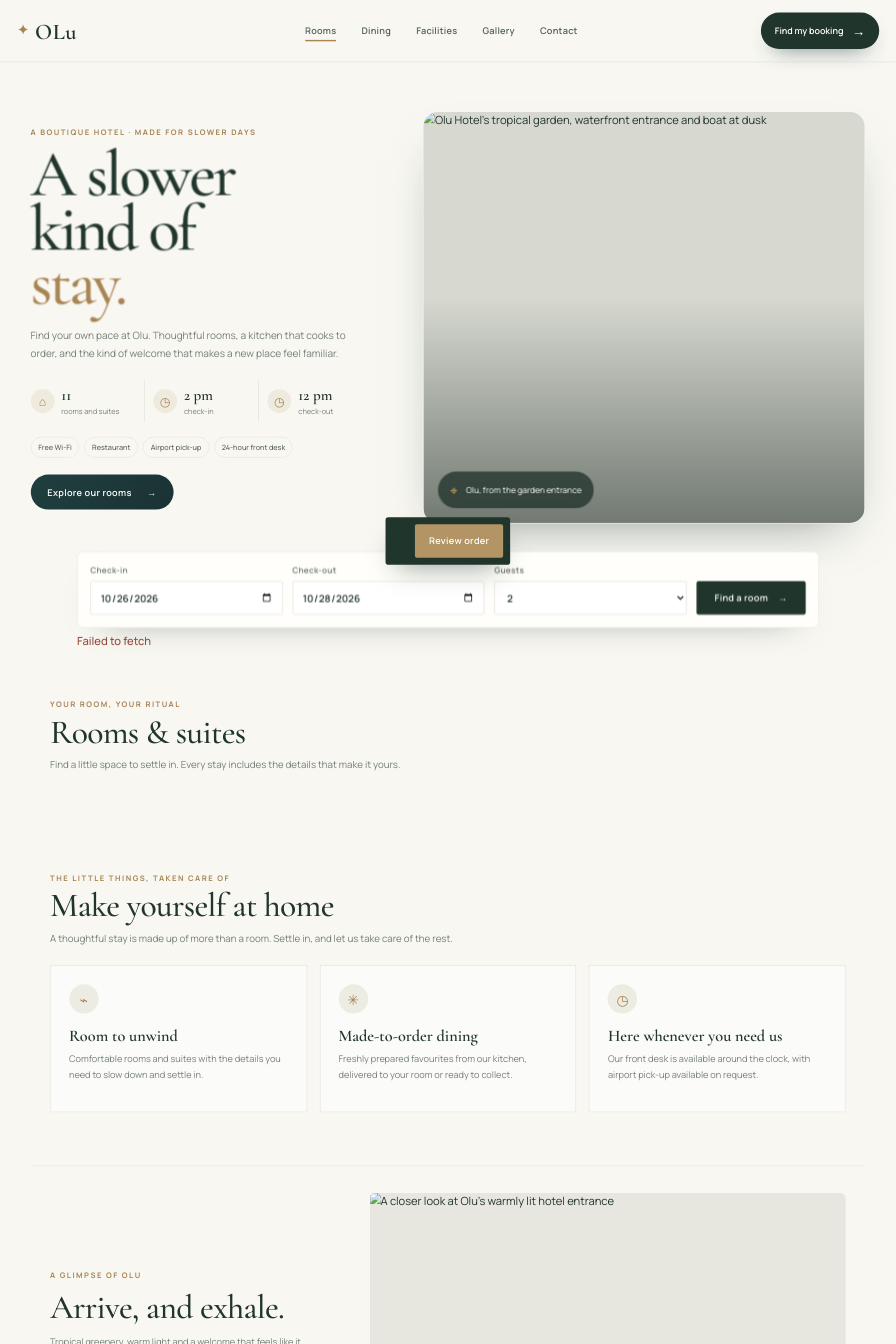
Repository: Deneththri/Hotel-System
Page: public/index.html
An editor plug-in stored every save of this project. The page is shown before and after a run of saves, followed by the edit.
The browser window is 1280 px wide. The pictures show the part of the page from y = 0 to 1920 px (the page is 3284 px tall), at 70% of full size.
The page's requests for data from a server got no answer.

Above is the page before, as saved 2026-11-04 00:12:20.
Not found: public/images/olu-hotel.png

After the next 2 saves:
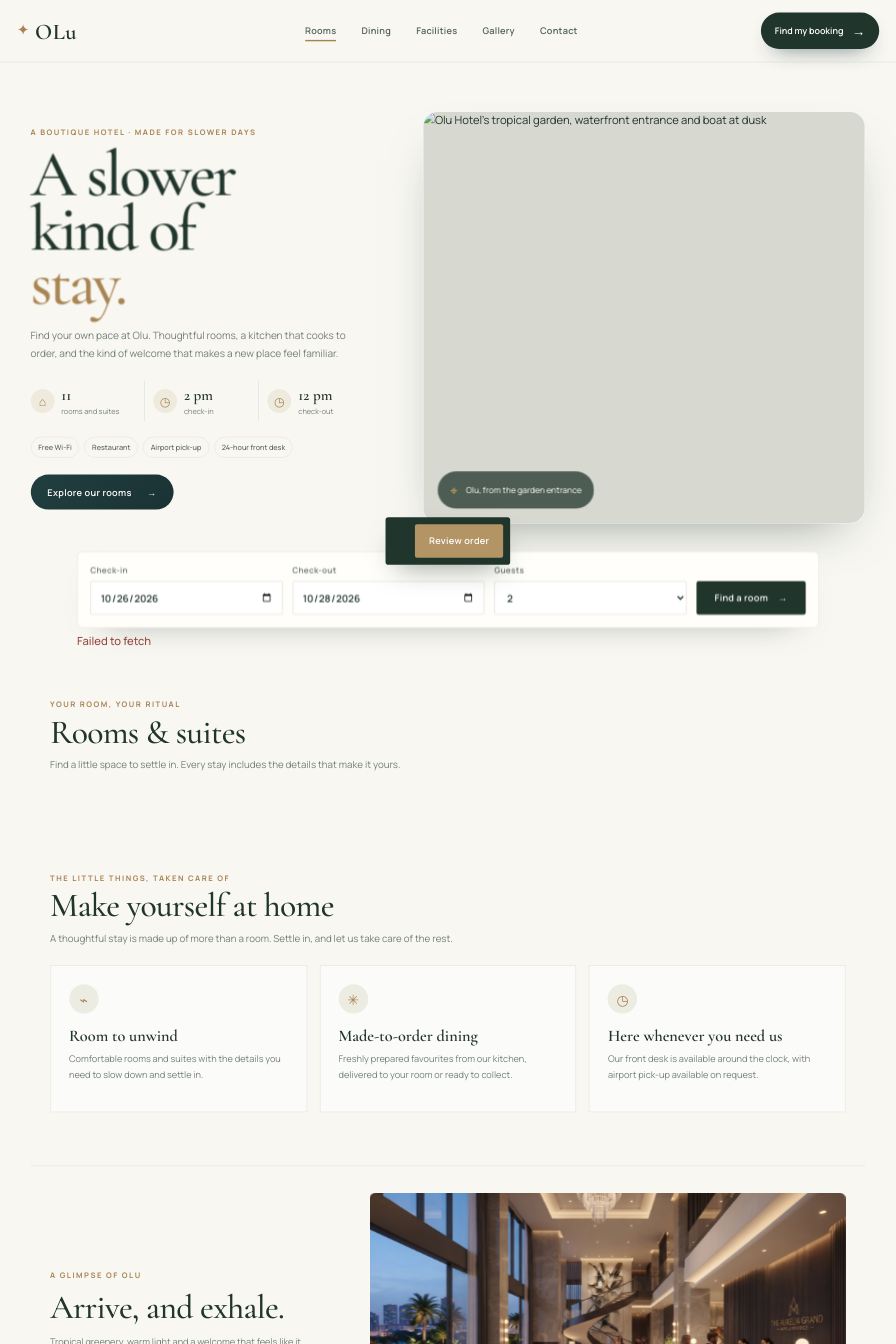
The 2 saves are shown as one change because they came seconds apart.
The last was saved 59 min 16 s later.
--- a/public/index.html
+++ b/public/index.html
@@ -4,7 +4,7 @@
 <head>
   <meta charset="utf-8">
   <meta name="viewport" content="width=device-width,initial-scale=1">
-  <meta name="theme-color" content="#f8f7f2">
+  <meta name="theme-color" content="#17352d">
   <meta name="description" content="Find your own pace at Olu. Thoughtful rooms, a kitchen that cooks to order, and a warm welcome.">
   <title>Olu | A slower kind of stay</title>
   <link rel="preconnect" href="https://fonts.googleapis.com">
@@ -13,7 +13,7 @@
   <link rel="stylesheet" href="style.css">
 </head>
 
-<body>
+<body class="landing-page">
   <a class="skip-link" href="#main">Skip to content</a>
   <header class="nav">
     <div class="brand-wrap">
@@ -49,7 +49,6 @@
       </div>
       <figure class="hero-visual">
         <img class="hotel-photo" src="images/olu-hotel.png" alt="Olu Hotel's tropical garden, waterfront entrance and boat at dusk">
-        <div class="visual-shade" aria-hidden="true"></div>
         <figcaption class="garden-banner"><span aria-hidden="true">⌖</span> Olu, from the garden entrance</figcaption>
       </figure>
     </section>
@@ -94,7 +93,7 @@
         <a class="text-link" href="#search">Find your stay <span aria-hidden="true">→</span></a>
       </div>
       <figure class="gallery-photo">
-        <img src="images/olu-hotel.png" alt="A closer look at Olu's warmly lit hotel entrance">
+        <img src="images/aurelia-bg.jpg" alt="A closer look at Olu's warmly lit hotel entrance">
         <figcaption>Evenings begin at the water's edge</figcaption>
       </figure>
     </section>
